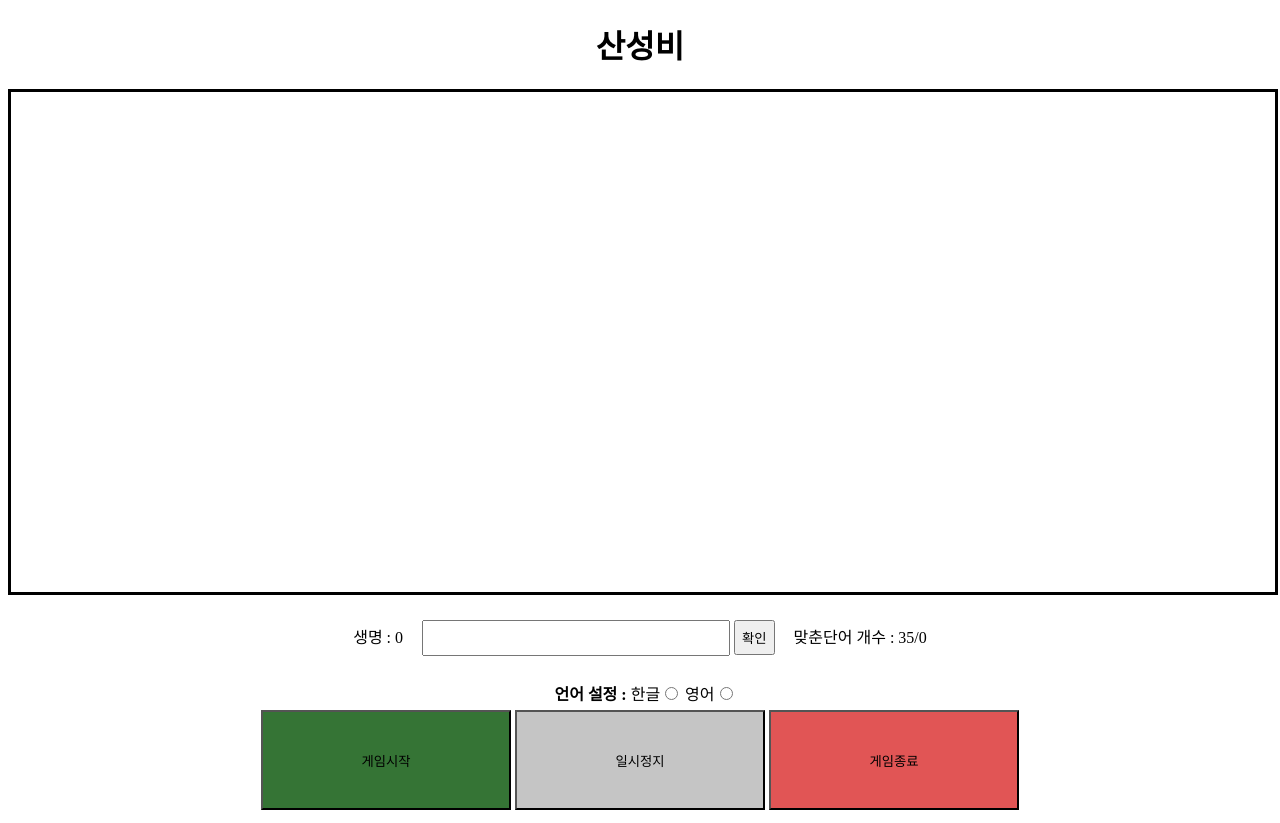
Repository: yuj1818/Hustar_JavaScript
Page: edu/edu/view/js_edu/sanseongbee.html
The author's editor kept a copy of each file at every save. The page is drawn from the files as they stood at one save, then again after the next save.
The browser window is 1280 px wide. The pictures show the whole page.

Above is the page before, as saved 2022-06-02 04:58:25.

### edu/edu/view/js_edu/sanseongbee.html
<!DOCTYPE html>
<html>
	<head>
		<meta charset="UTF-8">
		<title>산성비 게임</title>
		<style>
			.game_main {
				border: 3px solid #000;
				width: 100%;
				height: 500px;
			}

			input#answer {
				width: 300px;
				height: 30px;
			}

			button#answer_submit {
				height:  35px;
			}

			.game_management_btn {
				width: 250px;
				height: 100px;
				/* top right botton left*/
				margin: 5px 0px;
				/*margin 값이 2개만 있으면 앞에 거는 위아래, 뒤에 거는 양쪽으로 해석*/
			}

			.background_red {
				background-color: #e15555;
			}

			.background_green {
				background-color: #357435;
			}

			.background_gray {
				background-color: #c5c5c5;
			}

			.text_center {
				text-align: center;
			}
		</style>
	</head>
	<body>
		<h1 class="text_center">산성비</h1>

		<div class="game_main"></div>

		<div class="text_center" style="margin-top: 25px">
			<span style="margin-right: 15px;">
				생명 : 0
			</span>

			<span style="margin-right: 15px;">
				<input id="answer" type="text"/>
				<button id="answer_submit">확인</button>
			</span>

			<span>
				맞춘단어 개수 : 35/0
			</span>
		</div>

		<div class="text_center" style="margin-top: 25px;">
			<span style="font-weight: bold; margin-left: 10px;">언어 설정 : </span>
			<label for="korean">한글</label><input id="korean" name="lan_type" type="radio"/>
			<label for="english">영어</label><input id="english" name="lan_type" type="radio"/>
		</div>

		<div class="text_center">
			<button class="game_management_btn background_green">게임시작</button>
			<button class="game_management_btn background_gray">일시정지</button>
			<button class="game_management_btn background_red">게임종료</button>
		</div>
	</body>

	<script>
		window.onresize = function(event){
			console.log("event : ", event);
			var innerWidth = window.innerWidth;
			console.log("innerWidth : ", innerWidth);
		}
	</script>
</html>

After the next save:
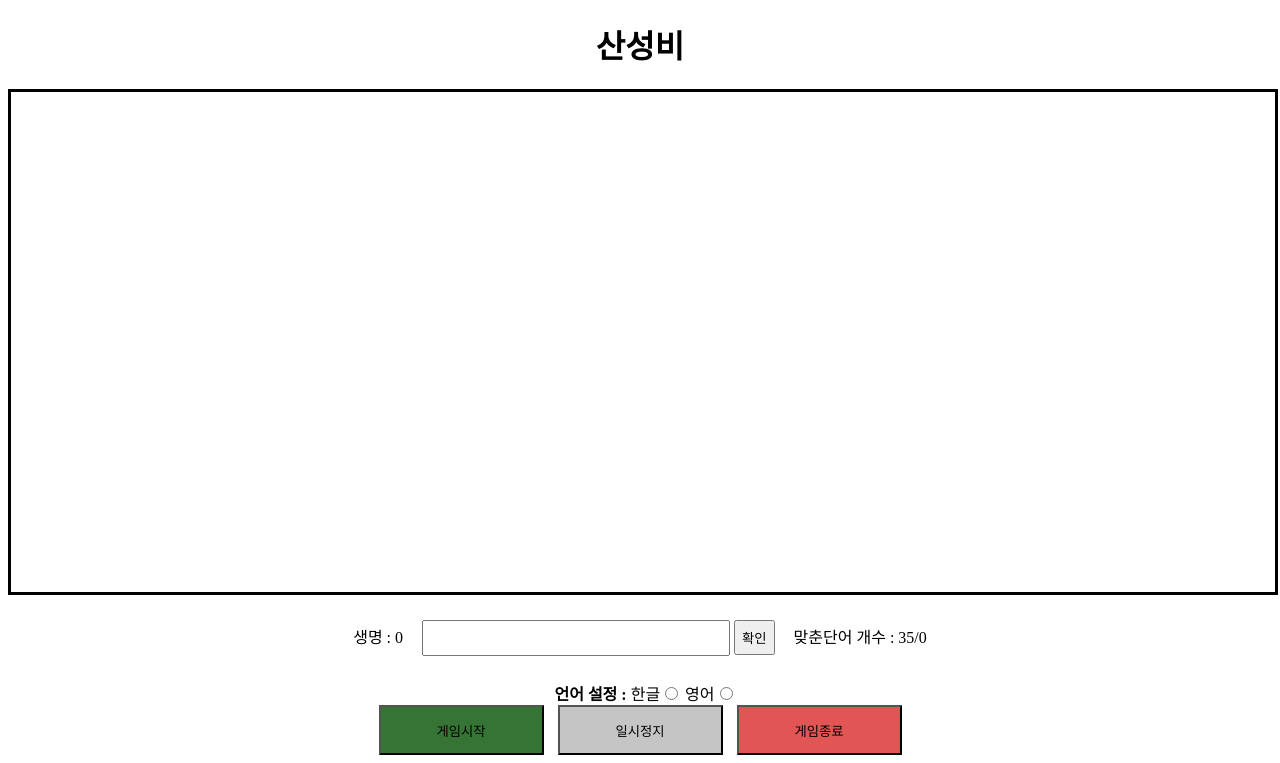
Saved 29 s later.
--- a/edu/edu/view/js_edu/sanseongbee.html
+++ b/edu/edu/view/js_edu/sanseongbee.html
@@ -20,10 +20,10 @@
 			}
 
 			.game_management_btn {
-				width: 250px;
-				height: 100px;
+				width: 165px;
+				height: 50px;
 				/* top right botton left*/
-				margin: 5px 0px;
+				margin: 0px 5px;
 				/*margin 값이 2개만 있으면 앞에 거는 위아래, 뒤에 거는 양쪽으로 해석*/
 			}
 
